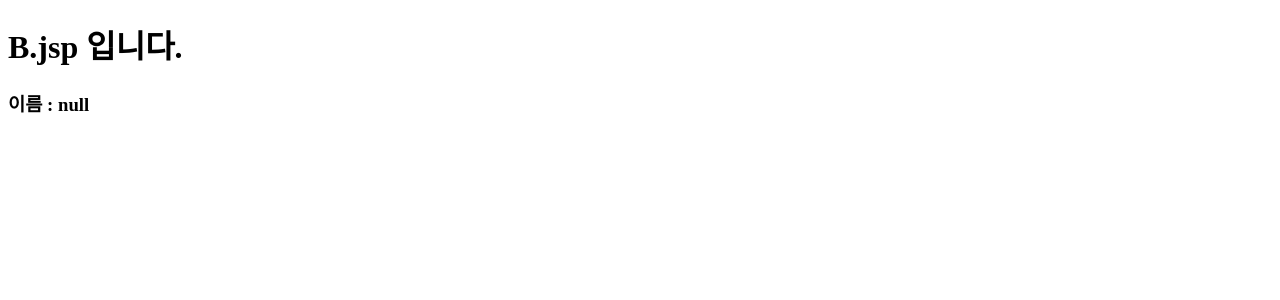
Repository: jiwonnn98/KB-academy
Page: http://localhost/BE_WS_01/LoginOk.jsp
An editor plug-in stored every save of this project. The page is shown before and after the next save, followed by the edit.
The browser window is 1280 px wide. The pictures show the whole page.
The page is served by Tomcat 9.

Above is the page before, as saved 2023-08-15 14:11:50.

After the next save:
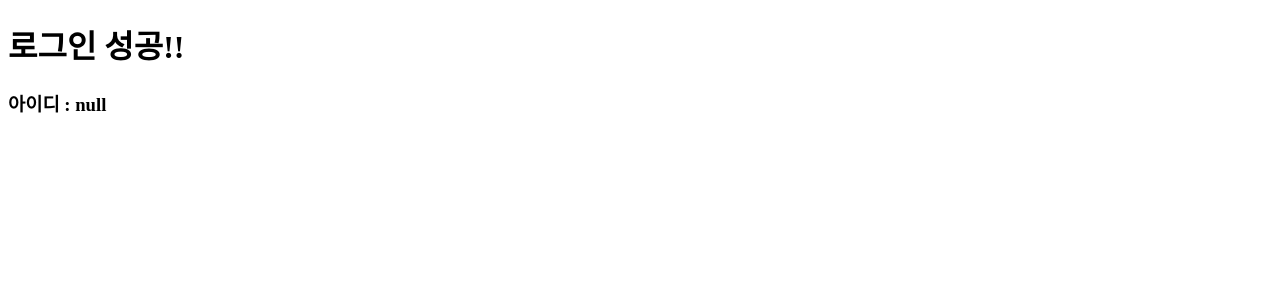
Saved 54 s later.
--- a/BE_WS_01/src/main/webapp/LoginOk.jsp
+++ b/BE_WS_01/src/main/webapp/LoginOk.jsp
@@ -8,13 +8,13 @@
 </head>
 <body>
 
-<h1>B.jsp 입니다.</h1>
+<h1>로그인 성공!!</h1>
 <%
 	//jsp java 문법
 	//parameter로 전송되는 데이터 가져오기
-	String name = request.getParameter("name");
-	String blood =request.getParameter("blood");
-	out.println("<h3>이름 : " + name +"</h3>" );
+	String name = request.getParameter("userId");
+
+	out.println("<h3>아이디 : " + name +"</h3>" );
 
 %>
 </body>
